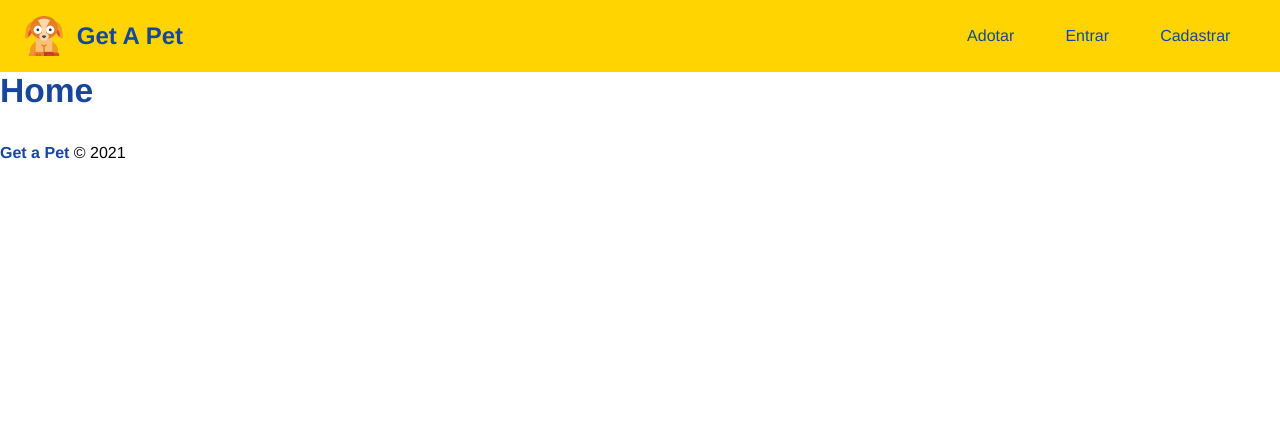
Repository: daviresende03/Get_a_Pet
Page: / (app in frontend/)
These files come from the project's save history. The page is drawn as it stood at one moment and after the next save; the edit follows.
The browser window is 1280 px wide. The pictures show the whole page.
The project was rebuilt for these pictures with package versions that can differ from the ones it lists, and the page was loaded fresh each time. Also part of the build but not shown: frontend/src/components/pages/Auth/Login.js, frontend/src/components/pages/Auth/Register.js.

Above is the page before, as saved 2023-02-17 23:26:22.

After the next save:
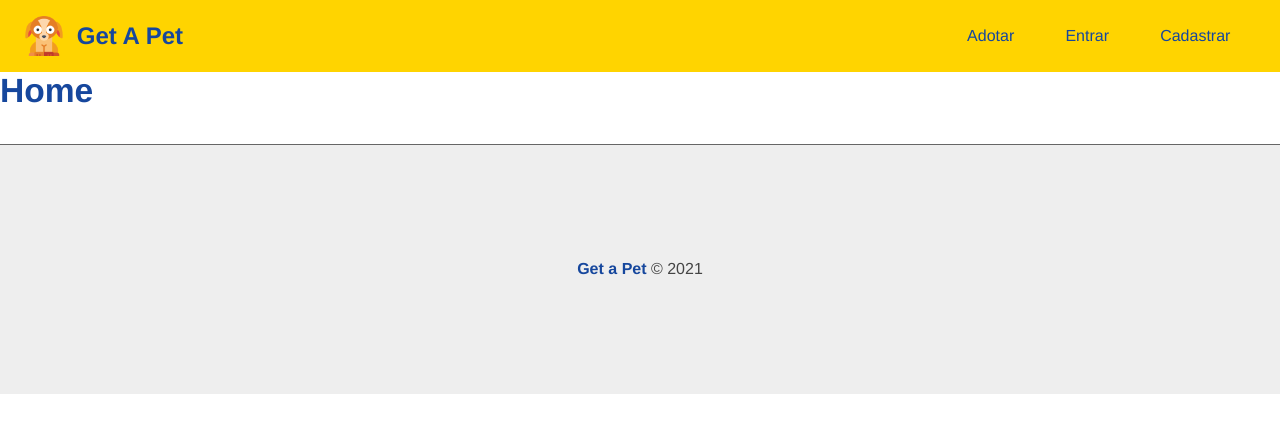
Saved 18 s later.
--- a/frontend/src/components/layout/Footer.js
+++ b/frontend/src/components/layout/Footer.js
@@ -2,7 +2,7 @@
 
 function Footer() {
     return (
-        <footer>
+        <footer className={styles.footer}>
             <p><span className="bold">Get a Pet</span> &copy; 2021</p>
         </footer>
     )
